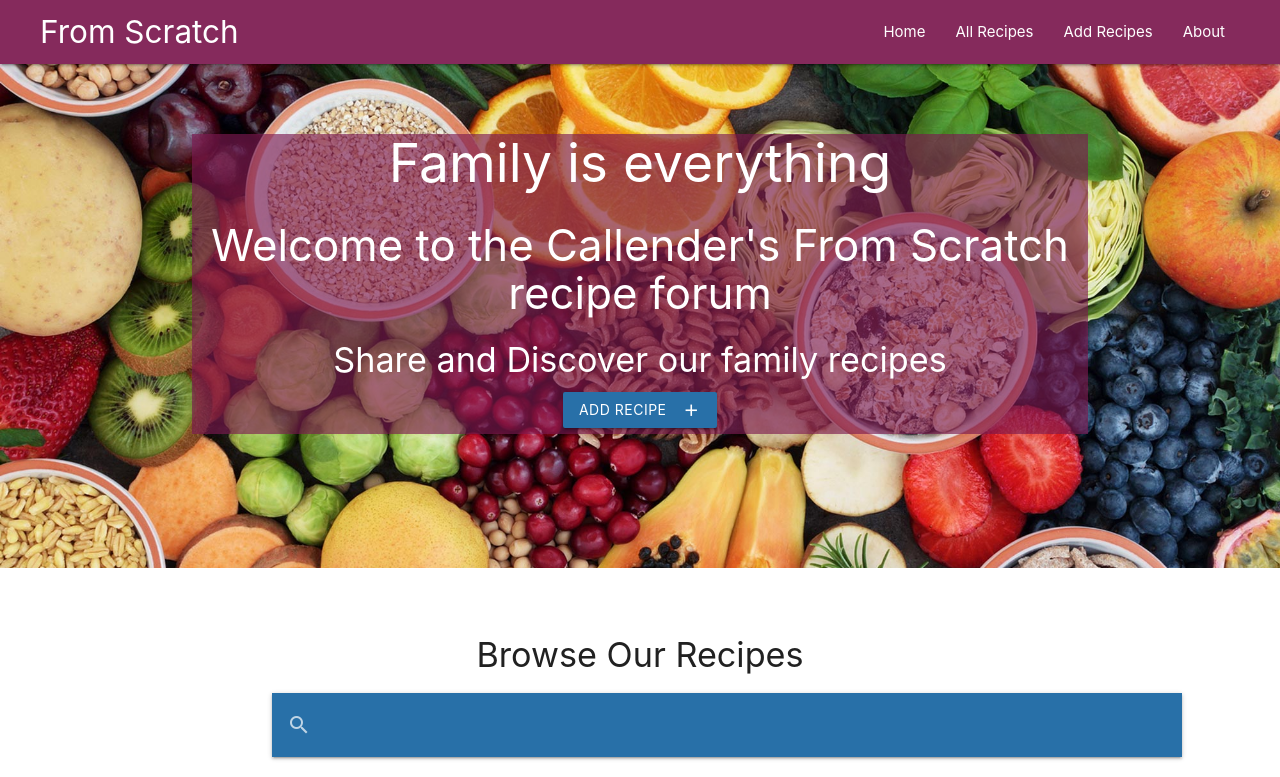
Repository: callendera/MilestoneProject3
Page: http://localhost/
The author's editor kept a record of every edit. The page is drawn from the files as they stood at one moment, then again after the next edit.
The browser window is 1280 px wide. The pictures show the whole page.
Backgrounds fixed to the window are drawn as part of the page. The page is served by the project's application, run on Flask 3 (recipe.py). Queries for data that is not in the repository find no rows.

Above is the page before.
Console error: SyntaxError: Unexpected token ')'

### templates/recipehome.html
{% extends 'base.html' %} {% block content %}
<div class="callout background-callout">
    <div class="container callout-text-background-color">

        <h2>Family is everything</h2>
        <h3>Welcome to the Callender's From Scratch recipe forum</h3>
        <h4>Share and Discover our family recipes</h4>
        <a href="#modal1" class="font-color modal-trigger"><button class="btn waves-effect waves-light center my-btn-color">Add Recipe
        <i class="material-icons right">add</i></a>

    </div>
</div>

<div id="all-recipes"></div>
</br>
</br>
<div class="container flow-text">
    <h4 class="center">Browse Our Recipes</h4>
    <div class="row recipe-row-margin">
            <nav class="my-search-bar-margin center">
                <div class="nav-wrapper my-btn-color">
                    <form>
                        <div class="input-field">
                            <input id="search" type="search" required>
                            <label class="label-icon" for="search"><i class="material-icons">search</i></label>
                            <i class="material-icons">close</i>
                        </div>
                    </form>
                </div>
            </nav>
        {% for recipes in from_scratch %}
        <div class="col s6">
            <a href="{{url_for('view_recipe', recipe_id=recipes._id)}}"><img class="materialboxed recipe-image" data-caption="{{recipes.recipe_name}}" src="{{recipes.recipe_image}}" alt="No Image Available"></a>
            <p class="recipe-name-margin"><strong>{{recipes.recipe_name}}</strong></p>
        </div>
        {% endfor %}
    </div>
</div>
{% endblock %}

### templates/base.html
<!DOCTYPE html>
<html>

<head>
    <link href="https://fonts.googleapis.com/icon?family=Material+Icons" rel="stylesheet">
    <!--link for Icons in Materialize-->

    <!--JQuery needs to be active before Materialize can render its' data-->

    <link rel="stylesheet" href="https://cdnjs.cloudflare.com/ajax/libs/materialize/1.0.0/css/materialize.min.css">
    <link rel="stylesheet" href="{{url_for('static',filename='css/style.css')}}" type="text/css" />
</head>

<body>
    <div class="navbar-fixed ">
        <nav class="transparent">
            <div class="nav-wrapper my-navbar-margin">
                <a href="index.html" class="brand-logo">From Scratch</a>
                <a href="#" data-target="mobile-nav" class="sidenav-trigger"><i class="material-icons">menu</i></a>
                <ul class="right hide-on-med-and-down">
                    <li><a href="{{ url_for('get_recipes') }}">Home</a></li>
                    <li><a href="#all-recipes">All Recipes</a></li>
                    <li><a class="modal-trigger" href="#modal1">Add Recipes</a></li>
                    <li><a href="mobile.html">About</a></li>
                </ul>
            </div>
        </nav>
    </div>


    <ul class="sidenav" id="mobile-nav">
        <li><a href="{{ url_for('get_recipes') }}">Home</a></li>
        <li><a href="#all-recipes">All Recipes</a></li>
        <li><a class="modal-trigger" href="#modal1">Add Recipes</a></li>
        <li><a href="mobile.html">About</a></li>
    </ul>



    {% block content %}
    <!--contains any content needed for each page, this give a template for such-->
    {% endblock %}
    <div id="modal1" class="modal">
        <div class="modal-content">
            <h3>Add Recipe</h3>
            <div class="row">
                <form class="col s12" action="{{ url_for('insert_recipe') }}" method='POST'>
                    <div class="row">
                        <div class="input-field col s6">
                            <input id="recipe_name" name="recipe_name" type="text" class="validate" required="" aria-required="true">
                            <label for="recipe_name">Recipe Name</label>
                        </div>

                        <div class="input-field col s6">
                            <select id="recipe_type" name="recipe_type" required="" aria-required="true">
                  <option value="" disabled selected>Choose your option</option>
                  <option value="1">Vegetarian</option>
                  <option value="2">Chicken</option>
                  <option value="3">Beef</option>
                  <option value="3">Vegan</option>
                  <option value="3">Fish</option>
                  <option value="3">Pork</option>
                </select>
                            <label>What is your recipe?</label>
                        </div>
                    </div>
                    <div class="row">
                        <div class="input-field col s12">
                            <input placeholder="List all Ingredients and Special Instructions" name="ingredients0" id="ingredients0" type="text" class="validate" required="" aria-required="true">
                            <label for="ingredients0">Ingredients</label>
                        </div>
                    </div>
                    <div class="row">
                        <div class="input-field col s12">
                            <input id="directions0" name="directions0" type="text" class="validate" required="" aria-required="true">
                            <label for="directions0">Directions</label>
                        </div>
                    </div>
                    <div class="row">
                        <div class="input-field col s12">
                            <input id="nutrition0" name="nutrition0" type="text" class="validate" required="" aria-required="true">
                            <label for="nutrition0">Nutrition Facts</label>
                        </div>
                    </div>
                    <div class="row">
                        <div class="col s6">
                            Serves:
                            <div class="input-field inline">
                                <input id="serves" name="serves" type="number" class="validate" required="" aria-required="true">
                                <label for="serves">How Many People? </label>

                            </div>
                        </div>
                        <div class="input-field col s6">
                            <input placeholder="Your Name" id="recipe_name" name="recipe_name" type="text" class="validate" required="" aria-required="true">
                            <label for="recipe_name">Recipe by:</label>
                        </div>
                    </div>
                    <div class="row">
                        <div class="input-field col s12">
                            <input placeholder="Please give the URL of your recipe image" id="recipe_image" name="recipe_image" type="text" class="validate">
                            <label for="recipe_image">Recipe Image</label>
                        </div>
                    </div>
                    <button class="btn waves-effect waves-light right my-btn-color" type="submit" name="action">Add Recipe
            <i class="material-icons right">add</i>
         </button>
                </form>
            </div>
        </div>

        <script src="https://cdnjs.cloudflare.com/ajax/libs/jquery/3.4.1/jquery.min.js" integrity="sha256-CSXorXvZcTkaix6Yvo6HppcZGetbYMGWSFlBw8HfCJo=" crossorigin="anonymous"></script>
        <script src="https://cdnjs.cloudflare.com/ajax/libs/materialize/1.0.0/js/materialize.min.js"></script>

        <script src='http://code.jquery.com/jquery-3.3.1.min.js'></script>
        <script src='/javascripts/register.js'></script>
        <!-- Script to use Materialize functionality-->
        <script type="text/javascript">
            $(document).ready(function() {
                $('select').formSelect();
            });
        </script>
        <script type="text/javascript">
            $(document).ready(function() {
                $('.collapsible').collapsible();
            });
        </script>
        <script type="text/javascript">
            $(document).ready(function() {
                $('.sidenav').sidenav();
            });
        </script>
        <script type="text/javascript">
            $(document).ready(function() {
                $('.fixed-action-btn').floatingActionButton();
            });
        </script>
        <script type="text/javascript">
            $(document).ready(function() {
                $('.modal').modal();
            });
        </script>


        <!-- script for the collapsibles-->
</body>

</html>

### recipe.py
import os
from flask import Flask, render_template, redirect, request, url_for
from flask_pymongo import PyMongo
from bson.objectid import ObjectId
#sets up application for use with PyMongo, Flask

app = Flask(__name__)
app.config["MONGO_DBNAME"] = 'from_scratch'
#creates link between Database and application
app.config["MONGO_URI"] = os.getenv("MONGO_URI")

#creates application to be tested

mongo = PyMongo(app)

@app.route('/')

@app.route('/get_recipes')
#Display text as proof of concept
def get_recipes():
    from_scratch = mongo.db.recipes.find()
    return render_template( "recipehome.html", from_scratch=from_scratch)

@app.route('/add_recipes')
def add_recipes():
    from_scratch = mongo.db.recipes.find()
    return render_template("recipehome.html")

@app.route('/insert_recipe', methods=['POST'])
def insert_recipe():
    from_scratch = mongo.db.recipes
    from_scratch.insert_one(request.form.to_dict())
    return redirect(url_for('get_recipes'))

@app.route('/view_recipe/<recipe_id>')
def view_recipe(recipe_id):
    return render_template('recipedetails.html', from_scratch=mongo.db.recipes.find({'_id': ObjectId(recipe_id)}))

if __name__ == '__main__':
    app.run(host=os.environ.get('IP'),
            port=int(os.environ.get('PORT')),
            debug=True)
#So they know how and where to run application

### static/css/style.css
.recipe-image {
    height: 300px;
    width: 400px;
    padding: 20px;
    padding-bottom: 0px;
    margin-top: 20px;
}

.recipe-name-margin {
    margin-top: 0px;
}

.view-recipe-container-margin {
    margin-bottom: 60px;
}

.background-callout {
    /*--- FOR ALL BACKGROUND CONTAINERS sets background image for callout container.
    it is set to not repeat, so the image doesnt stretch, and the image will be centered horizontally and
    pushed to the top of the container. the background will also not scroll, but remained positioned so things will scroll past it---*/
    background: url(../images/home.jpg)no-repeat center center fixed;
    -webkit-background-size: cover;
    -moz-background-size: cover;
    -o-background-size: cover;
    background-size: cover;
    overflow: hidden;
    align-items: center;
    justify-content: center;
    height: 40vh;
}


.callout-text-background-color {
    text-align: center;
    background-color: #7c1a50a3;
    color: white;
    height: 300px;
    margin-top: 400px;


}

.view-recipe-image {
    height: 500px;
    width: 800px;
    margin-left: 125px;
    margin-top: 30px;
}

.recipe-row-margin {
    margin-left: 80px;
}

.my-navbar-margin {
    padding-left: 40px;
    padding-right: 40px;
    background-color: #7c1a50ed;
}

.my-btn-color {
    background-color: #2870a8;
}

.my-btn-color:hover {
    /*--- color of background: blue ---*/
    background-color: #2870a8cf;
    /*--- when mouse is hovered the button will transition for
    .40seconds to a darker green color. the color will gradually ease in and then ease out. ---*/
    transition: all 0.40s ease-in-out;
    -moz-transition: all 0.40s ease-in-out;
    -webkit-transition: all 0.40s ease-in-out;
    -o-transition: all 0.40s ease-in-out;
    /*--- adjustments for each web browser ---*/
}


.my-link-color {
    color: #3384d8;
}

.font-color {
    color: white;
}

.my-search-bar-margin {
    margin-top: 20px;
    width: 910px;
}

/*---Media Queries---*/

/*--- adjustemnts for different screensizes,
    small-->big all features tested on google chrome inspect ---*/

@media (min-width: 576px) {
    .callout-text-background-color {
       margin-top: 200px; ;
    }

}

@media (min-width: 768px) {
    .background-callout {

        background: url("../images/home.jpg")no-repeat center center fixed;
        /*--- adjusts background for different browsers ---*/
        -webkit-background-size: cover;
        -moz-background-size: cover;
        -o-background-size: cover;
        background-size: cover;

        /*--- makes the background fit to the container ---*/
        overflow: hidden;

        /*--- aligns and justifies text in container ---*/
        align-items: center;
        justify-content: center;
        /*--- the height that container will take up in the viewport ---*/
        height: 60vh;
    }
    .callout-text-background-color {
       margin-top: 50px; ;
    }

}

@media (min-width: 992px) {
    .background-callout {

        background: url("../images/home.jpg")no-repeat center center fixed;
        /*--- adjusts background for different browsers ---*/
        -webkit-background-size: cover;
        -moz-background-size: cover;
        -o-background-size: cover;
        background-size: cover;

        /*--- makes the background fit to the container ---*/
        overflow: hidden;

        /*--- aligns and justifies text in container ---*/
        align-items: center;
        justify-content: center;
        /*--- the height that container will take up in the viewport ---*/
        height: 60vh;
    }
    .callout-text-background-color {
       margin-top: 90px; ;
    }
}

@media (min-width: 1200px) {
    .background-callout {

        background: url("../images/foods.jpg")no-repeat center center fixed;
        /*--- adjusts background for different browsers ---*/
        -webkit-background-size: cover;
        -moz-background-size: cover;
        -o-background-size: cover;
        background-size: cover;

        /*--- makes the background fit to the container ---*/
        overflow: hidden;

        /*--- aligns and justifies text in container ---*/
        align-items: center;
        justify-content: center;
        /*--- the height that container will take up in the viewport ---*/
        height: 70vh;
    }
    .callout-text-background-color {
       margin-top: 70px; ;
    }
}

### register.js
$(function(){
    $("#register").on('click', function(event){
        event.preventDefault();
        var username   = $("#username").val();
        var password   = $("#password").val();

        if(!username || !password ||){
            $("#msgDiv").show().html("All fields are required.");
        }
        else{
            $.ajax({
                url: "/register",
                method: "POST",
                data: { user_name: username, password: password }
            }).done(function( data ) {
                if ( data ) {
                    if(data.status == 'error'){
                        var errors = '<ul>';
                        $.each( data.message, function( key, value ) {
                            errors = errors +'<li>'+value.msg+'</li>';
                        });
                        errors = errors+ '</ul>';
                        $("#msgDiv").html(errors).show();
                    }else{
                        $("#msgDiv").removeClass('invalid').addClass('valid').html(data.message).show();
                    }
                }
            });
        }
    });
});

After the next edit:
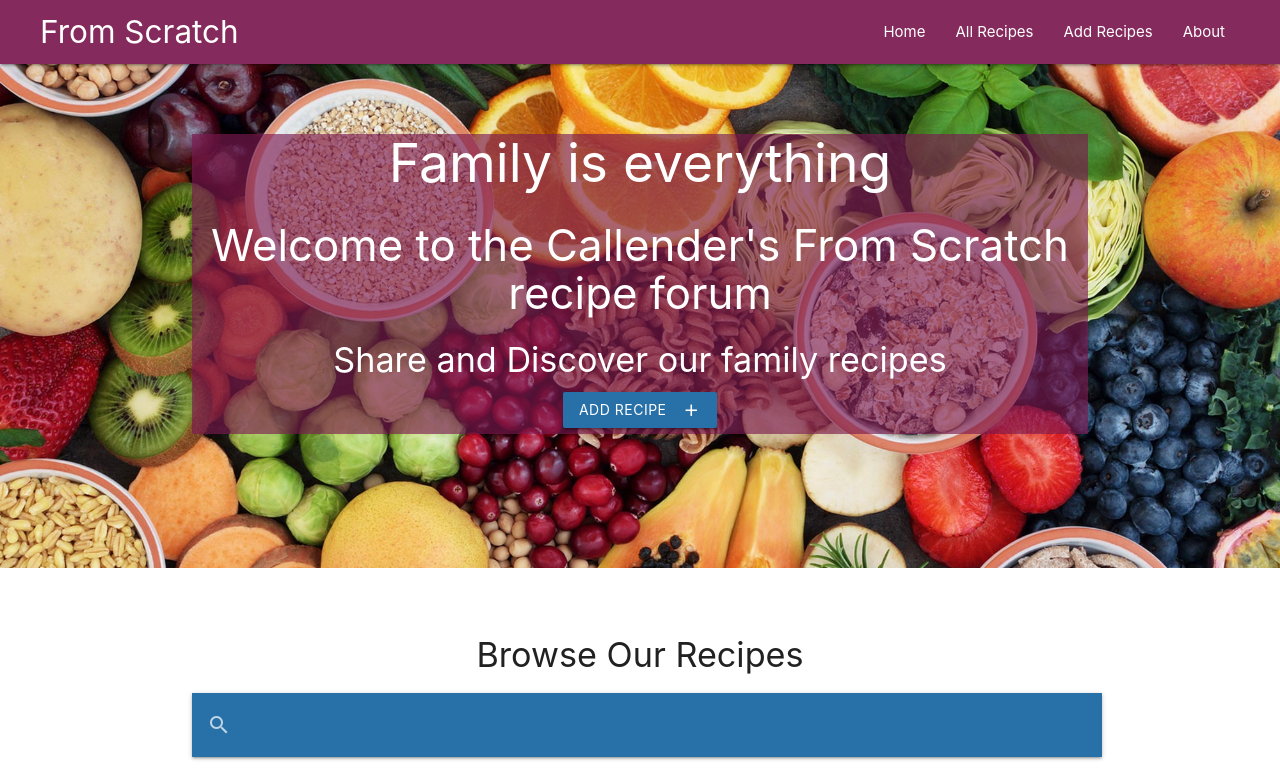
The edit:
--- a/static/css/style.css
+++ b/static/css/style.css
@@ -170,4 +170,7 @@
     .callout-text-background-color {
        margin-top: 70px; ;
     }
+    .recipe-row-margin {
+    margin-left: 0px;
+    }
 }
